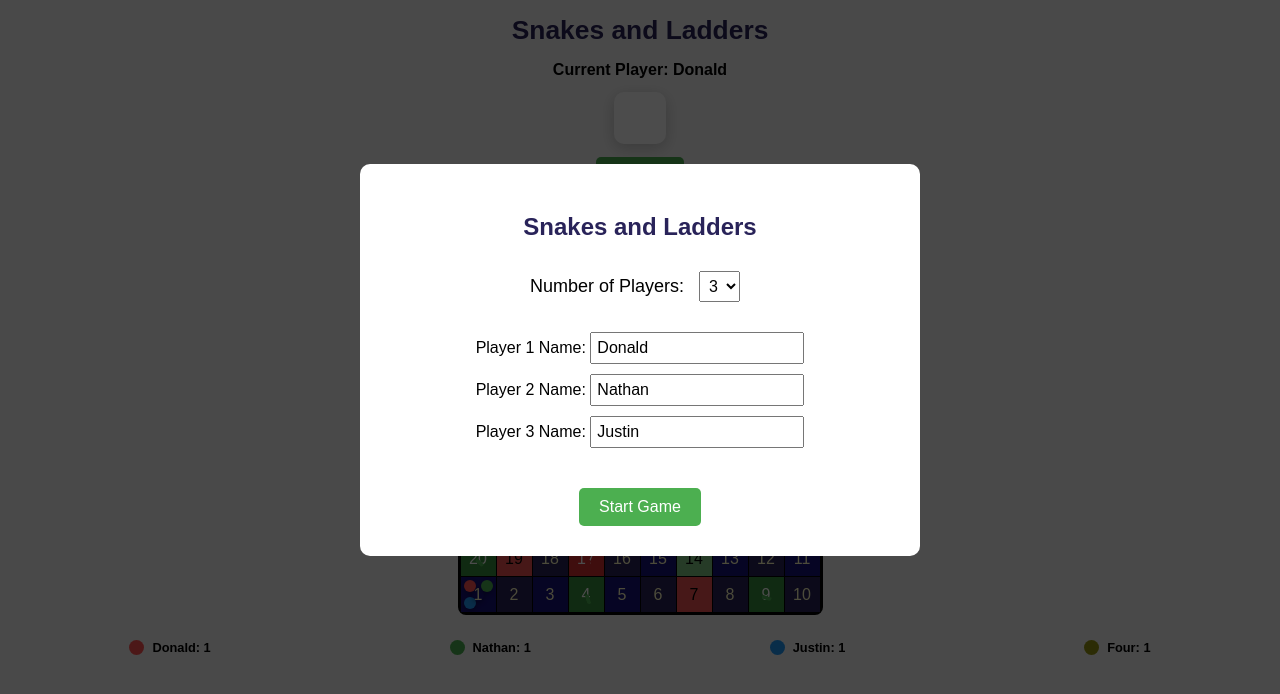
Repository: jvstingit/SnakesAndLadders
Page: index.html
The author's editor kept a copy of each file at every save. The page is drawn from the files as they stood at one save, then again after the next save.
The browser window is 1280 px wide. The pictures show the whole page.

Above is the page before, as saved 2025-05-14 14:57:19.

After the next save:
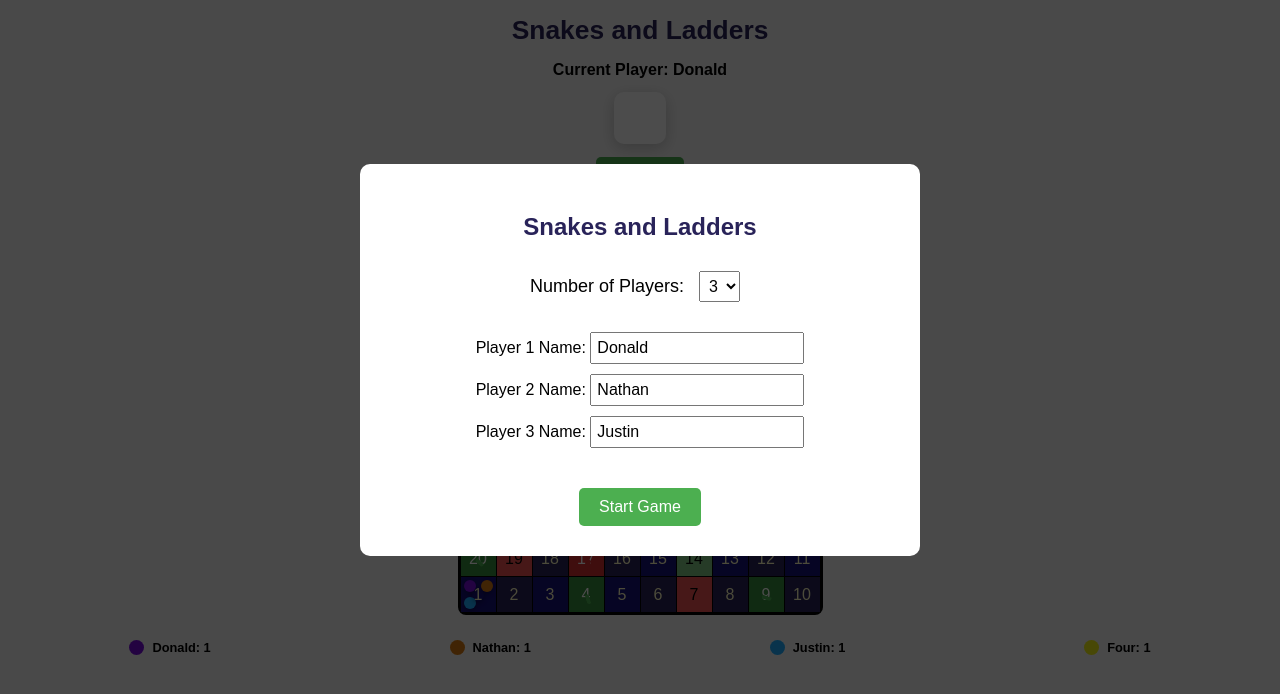
Saved 37 min 53 s later.
--- a/styles.css
+++ b/styles.css
@@ -187,19 +187,20 @@ h1 {
 }
 
 .donald {
-  background-color: #ff5252;
+  background-color: #760bdb;
 }
 
 .nathan {
-  background-color: #4caf50;
+  background-color: #d67b12;
 }
 
 .justin {
-  background-color: #2196f3;
+  background-color: #1eacff;
 }
 
 .four {
-  background-color: #959510;
+    background-color: #f3f313;
+
 }
 
 /* Player tokens on board */
@@ -214,25 +215,25 @@ h1 {
 }
 
 .player-piece.donald {
-  background-color: #ff5252;
+  background-color: #760bdb;
   top: 3px;
   left: 3px;
 }
 
 .player-piece.nathan {
-  background-color: #4caf50;
+  background-color: #d67b12;
   top: 3px;
   right: 3px;
 }
 
 .player-piece.justin {
-  background-color: #2196f3;
+  background-color: #1eacff;
   bottom: 3px;
   left: 3px;
 }
 
 .player-piece.four {
-  background-color: #959510;
+  background-color: #f3f313;
   bottom: 3px;
   right: 3px;
 }
